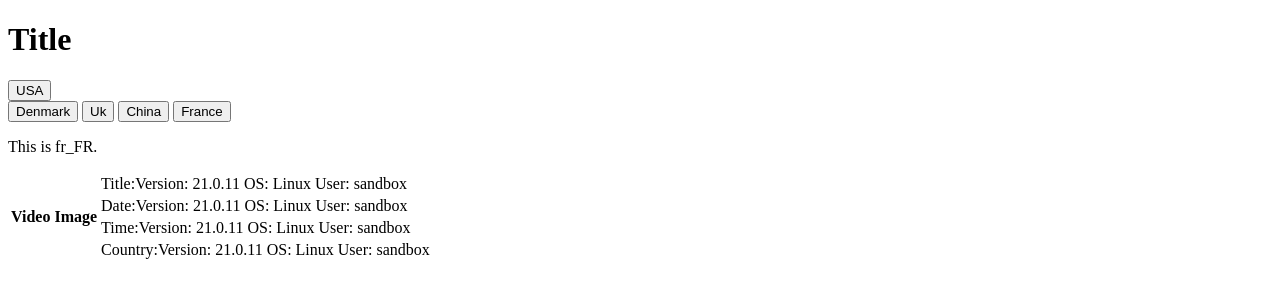
Repository: isauraAlmar/App-Engine-and-Internationalization-with-Java
Page: http://localhost/Marven/
The author's editor kept a copy of each file at every save. The page is drawn from the files as they stood at one save, then again after the next save.
The browser window is 1280 px wide. The pictures show the whole page.
Some web fonts or font styles are not loaded; a fallback is used. The page is served by Tomcat 9.

Above is the page before, as saved 2017-05-05 10:32:23.

After the next save:
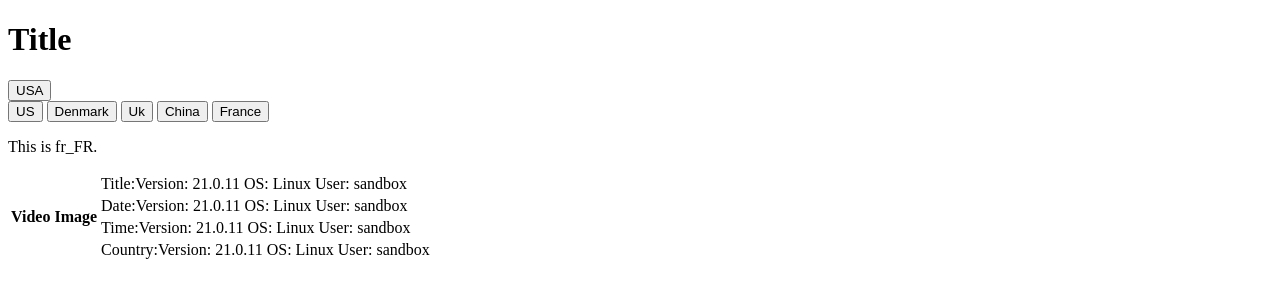
Saved 46 s later.
--- a/Marven/src/main/webapp/index.jsp
+++ b/Marven/src/main/webapp/index.jsp
@@ -33,9 +33,9 @@
     </form>
 
 
-
+  	<button <%= LanguageInfo.Select_Language("en_US") %>>US </button>
     <button <%= LanguageInfo.Select_Language("dk_DK") %>>Denmark </button>
-	<button <%= LanguageInfo.Select_Language("uk_UK") %> >Uk</button>
+	<button <%= LanguageInfo.Select_Language("en_UK") %> >Uk</button>
 	<button <%= LanguageInfo.Select_Language("cn_CN") %>>China</button>
 	<button <%= LanguageInfo.Select_Language("fr_FR") %>>France</button>
 
